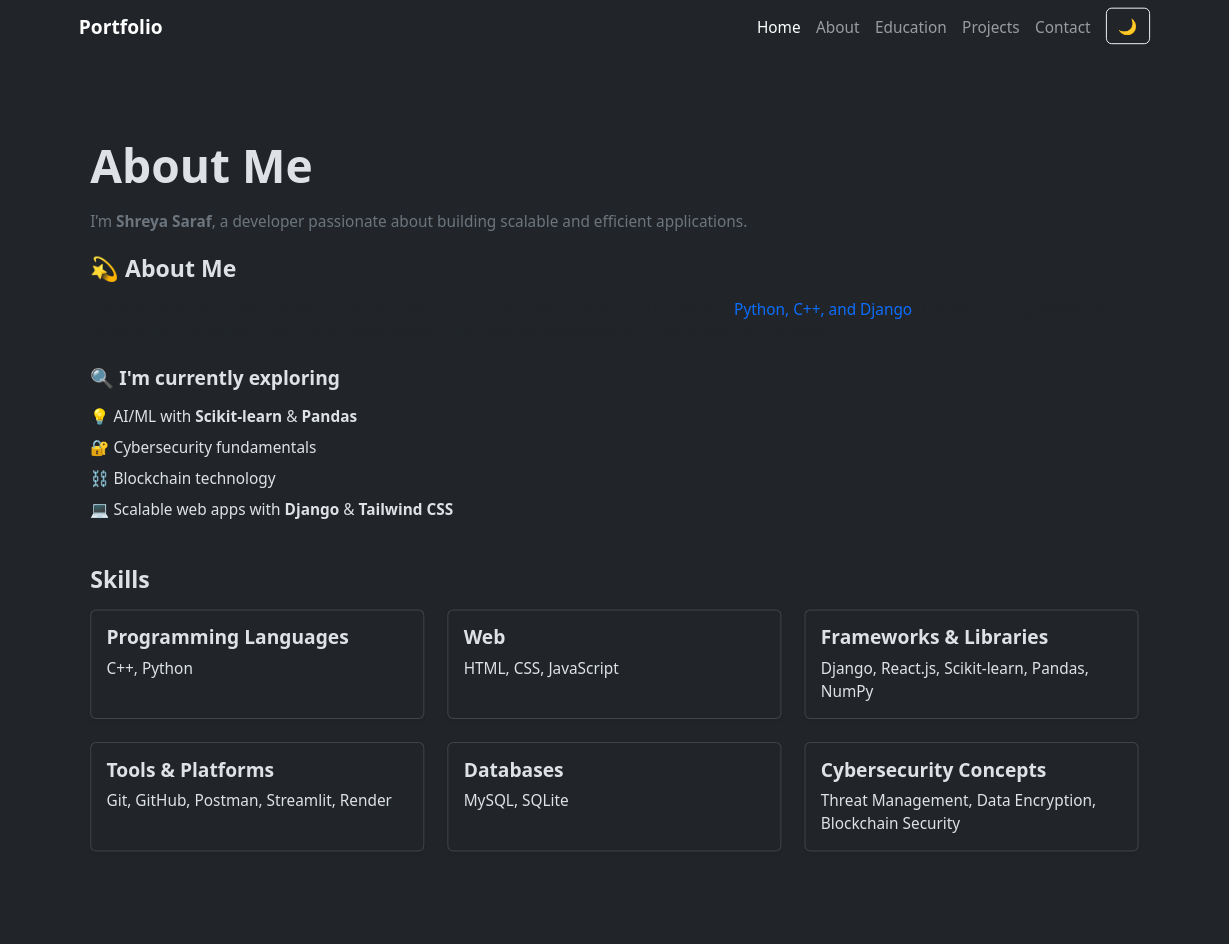
Repository: Shreyasaraf01/shreya-portfolio
Page: http://localhost/about/
The author's editor kept a copy of each file at every save. The page is drawn from the files as they stood at one save, then again after the next save.
The browser window is 1280 px wide. The pictures show the whole page, at 96% of full size.
The page is served by the project's application, run on Django 5.2 (manage.py). Other server files are loaded and not shown.

Above is the page before, as saved 2025-09-13 22:45:03.

### main/templates/main/about.html
{% extends "base.html" %}
{% block content %}
<div class="container py-5">
  <!-- Header -->
  <h2 class="display-5 fw-bold mb-3">About Me</h2>
  <p class="fs-6 text-secondary mb-4">
    I’m <strong>Shreya Saraf</strong>, a developer passionate about building scalable and efficient applications.
  </p>

  <!-- Enhanced About Section -->
  <div class="mb-5">
    <h3 class="h4 fw-bold mb-3">💫 About Me</h3>
    <p class="fs-6 text-dark">
      I'm <strong>Shreya Saraf</strong>, a passionate <strong>Full Stack Python Developer</strong>
      with a strong foundation in <span class="text-primary">Python, C++, and Django</span>.
      I enjoy building real-world projects that combine <strong>AI/ML, data visualization,</strong>
      and <strong>web development</strong> to solve meaningful problems.
    </p>

    <h5 class="fw-bold mt-4">🔍 I'm currently exploring</h5>
    <ul class="list-unstyled mt-3">
      <li class="mb-2">💡 AI/ML with <strong>Scikit-learn</strong> & <strong>Pandas</strong></li>
      <li class="mb-2">🔐 Cybersecurity fundamentals</li>
      <li class="mb-2">⛓️ Blockchain technology</li>
      <li class="mb-2">💻 Scalable web apps with <strong>Django</strong> & <strong>Tailwind CSS</strong></li>
    </ul>
  </div>

  <!-- Skills Section -->
  <h3 class="h4 fw-bold mb-3">Skills</h3>
  <div class="row g-4">
    <!-- Programming Languages -->
    <div class="col-md-4">
      <div class="card shadow-sm h-100">
        <div class="card-body">
          <h5 class="card-title fw-bold">Programming Languages</h5>
          <p class="card-text">C++, Python</p>
        </div>
      </div>
    </div>

    <!-- Web -->
    <div class="col-md-4">
      <div class="card shadow-sm h-100">
        <div class="card-body">
          <h5 class="card-title fw-bold">Web</h5>
          <p class="card-text">HTML, CSS, JavaScript</p>
        </div>
      </div>
    </div>

    <!-- Frameworks & Libraries -->
    <div class="col-md-4">
      <div class="card shadow-sm h-100">
        <div class="card-body">
          <h5 class="card-title fw-bold">Frameworks & Libraries</h5>
          <p class="card-text">Django, React.js, Scikit-learn, Pandas, NumPy</p>
        </div>
      </div>
    </div>

    <!-- Tools & Platforms -->
    <div class="col-md-4">
      <div class="card shadow-sm h-100">
        <div class="card-body">
          <h5 class="card-title fw-bold">Tools & Platforms</h5>
          <p class="card-text">Git, GitHub, Postman, Streamlit, Render</p>
        </div>
      </div>
    </div>

    <!-- Databases -->
    <div class="col-md-4">
      <div class="card shadow-sm h-100">
        <div class="card-body">
          <h5 class="card-title fw-bold">Databases</h5>
          <p class="card-text">MySQL, SQLite</p>
        </div>
      </div>
    </div>

    <!-- Cybersecurity Concepts -->
    <div class="col-md-4">
      <div class="card shadow-sm h-100">
        <div class="card-body">
          <h5 class="card-title fw-bold">Cybersecurity Concepts</h5>
          <p class="card-text">Threat Management, Data Encryption, Blockchain Security</p>
        </div>
      </div>
    </div>
  </div>
</div>
{% endblock %}

### main/templates/base.html
<!DOCTYPE html>
<html lang="en" data-bs-theme="dark">
<head>
  <meta charset="UTF-8">
  <title>Portfolio</title>
  {% load static %}
  <link href="https://cdn.jsdelivr.net/npm/bootstrap@5.3.3/dist/css/bootstrap.min.css" rel="stylesheet">
  <script src="{% static 'js/theme.js' %}" defer></script>
</head>
<body>
  <!-- Navbar -->
  <nav class="navbar navbar-expand-lg navbar-dark bg-dark fixed-top">
    <div class="container">
      <a class="navbar-brand fw-bold" href="/">Portfolio</a>
      <button class="navbar-toggler" type="button" data-bs-toggle="collapse" data-bs-target="#navbarNav" aria-controls="navbarNav" aria-expanded="false" aria-label="Toggle navigation">
        <span class="navbar-toggler-icon"></span>
      </button>
      <div class="collapse navbar-collapse" id="navbarNav">
        <ul class="navbar-nav ms-auto">
          <li class="nav-item"><a class="nav-link active" href="/">Home</a></li>
          <li class="nav-item"><a class="nav-link" href="/about/">About</a></li>
          <li class="nav-item"><a class="nav-link" href="/education/">Education</a></li>
          <li class="nav-item"><a class="nav-link" href="/projects/">Projects</a></li>
          <li class="nav-item"><a class="nav-link" href="/contact/">Contact</a></li>
          <li class="nav-item">
            <button class="btn btn-outline-light ms-2" id="theme-toggle">🌙</button>
          </li>
        </ul>
      </div>
    </div>
  </nav>

  <!-- Main Content Container -->
  <div class="container py-5 mt-5">
    {% block content %}{% endblock %}
  </div>

  <script src="https://cdn.jsdelivr.net/npm/bootstrap@5.3.3/dist/js/bootstrap.bundle.min.js"></script>
</body>
</html>

### main/views.py
from django.shortcuts import render, redirect
from django.core.mail import send_mail
from django.conf import settings

def index(request):
    return render(request, "main/index.html")

def about(request):
    return render(request, "main/about.html")

def education(request):
    return render(request, "main/education.html")

def projects(request):
    return render(request, "main/projects.html")

def contact(request):
    if request.method == "POST":
        name = request.POST.get("name")
        email = request.POST.get("email")
        message = request.POST.get("message")

        send_mail(
            subject=f"Portfolio Contact from {name}",
            message=f"From: {email}\n\n{message}",
            from_email=settings.DEFAULT_FROM_EMAIL,
            recipient_list=[settings.CONTACT_EMAIL],
        )
        return redirect("home")

    return render(request, "main/contact.html")

### shreya_portfolio/urls.py
"""
URL configuration for shreya_portfolio project.

The `urlpatterns` list routes URLs to views. For more information please see:
    https://docs.djangoproject.com/en/5.1/topics/http/urls/
Examples:
Function views
    1. Add an import:  from my_app import views
    2. Add a URL to urlpatterns:  path('', views.home, name='home')
Class-based views
    1. Add an import:  from other_app.views import Home
    2. Add a URL to urlpatterns:  path('', Home.as_view(), name='home')
Including another URLconf
    1. Import the include() function: from django.urls import include, path
    2. Add a URL to urlpatterns:  path('blog/', include('blog.urls'))
"""
from django.contrib import admin
from django.urls import path, include

urlpatterns = [
    path('admin/', admin.site.urls),
    path("", include("main.urls")),
]

### main/urls.py
from django.urls import path
from . import views

urlpatterns = [
    path("", views.index, name="home"),
    path("about/", views.about, name="about"),
    path("education/", views.education, name="education"),
    path("projects/", views.projects, name="projects"),
    path("contact/", views.contact, name="contact"),
]

### main/static/js/theme.js
document.addEventListener("DOMContentLoaded", () => {
  const toggle = document.getElementById("theme-toggle");
  if (!toggle) return;

  toggle.addEventListener("click", () => {
    const html = document.documentElement;
    const current = html.getAttribute("data-bs-theme");
    const next = current === "dark" ? "light" : "dark";
    html.setAttribute("data-bs-theme", next);
    localStorage.setItem("theme", next);
    toggle.textContent = next === "dark" ? "🌙" : "☀️";
  });

  // persist user choice
  const saved = localStorage.getItem("theme");
  if (saved) {
    document.documentElement.setAttribute("data-bs-theme", saved);
    toggle.textContent = saved === "dark" ? "🌙" : "☀️";
  }
});

After the next save:
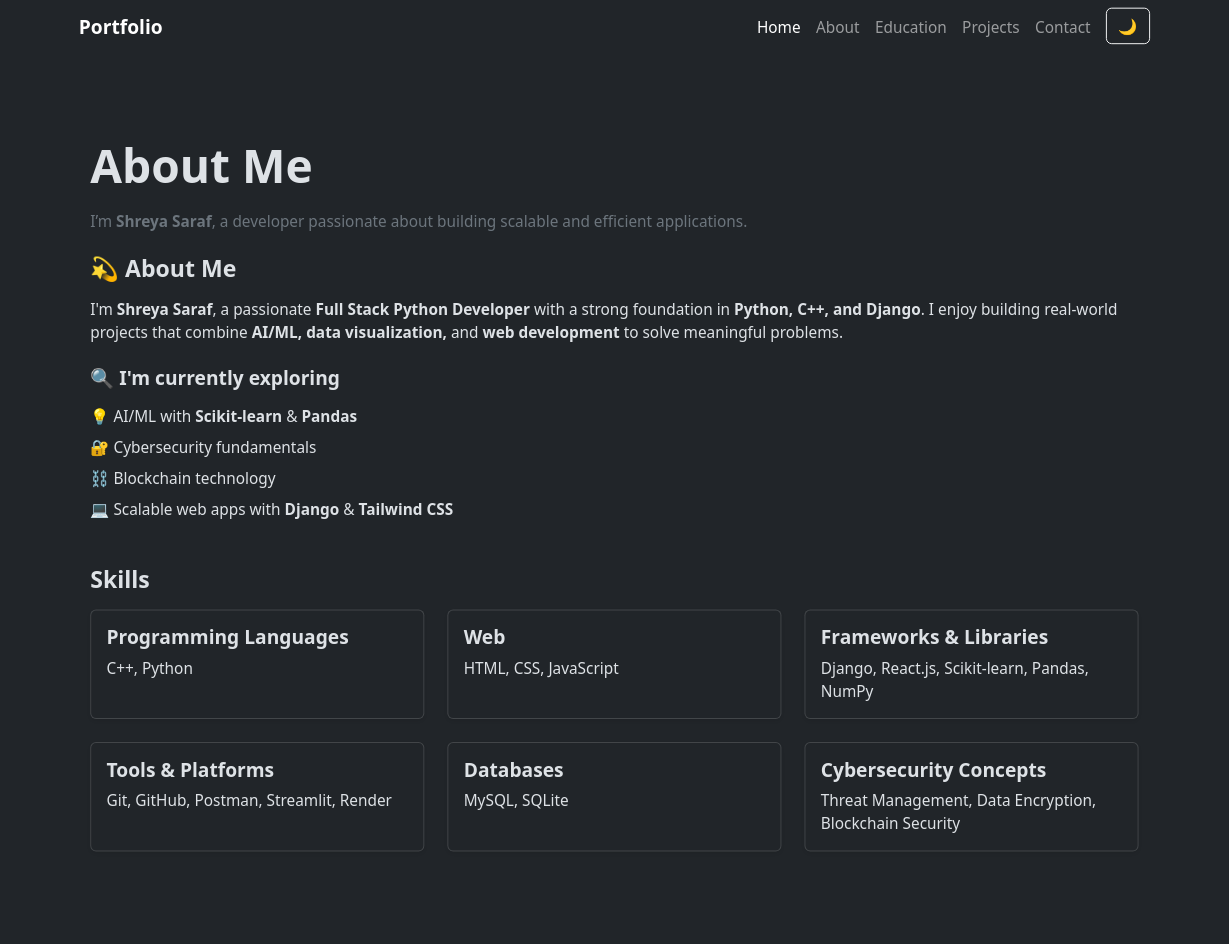
Saved 2 min 13 s later.
--- a/main/templates/main/about.html
+++ b/main/templates/main/about.html
@@ -7,24 +7,25 @@
     I’m <strong>Shreya Saraf</strong>, a developer passionate about building scalable and efficient applications.
   </p>
 
-  <!-- Enhanced About Section -->
-  <div class="mb-5">
-    <h3 class="h4 fw-bold mb-3">💫 About Me</h3>
-    <p class="fs-6 text-dark">
-      I'm <strong>Shreya Saraf</strong>, a passionate <strong>Full Stack Python Developer</strong>
-      with a strong foundation in <span class="text-primary">Python, C++, and Django</span>.
-      I enjoy building real-world projects that combine <strong>AI/ML, data visualization,</strong>
-      and <strong>web development</strong> to solve meaningful problems.
-    </p>
+ <!-- Enhanced About Section -->
+<div class="mb-5">
+  <h3 class="h4 fw-bold mb-3">💫 About Me</h3>
+  <p class="fs-6 text-body">
+    I'm <strong>Shreya Saraf</strong>, a passionate <strong>Full Stack Python Developer</strong>
+    with a strong foundation in <span class="fw-bold">Python, C++, and Django</span>.
+    I enjoy building real-world projects that combine <strong>AI/ML, data visualization,</strong>
+    and <strong>web development</strong> to solve meaningful problems.
+  </p>
 
-    <h5 class="fw-bold mt-4">🔍 I'm currently exploring</h5>
-    <ul class="list-unstyled mt-3">
-      <li class="mb-2">💡 AI/ML with <strong>Scikit-learn</strong> & <strong>Pandas</strong></li>
-      <li class="mb-2">🔐 Cybersecurity fundamentals</li>
-      <li class="mb-2">⛓️ Blockchain technology</li>
-      <li class="mb-2">💻 Scalable web apps with <strong>Django</strong> & <strong>Tailwind CSS</strong></li>
-    </ul>
-  </div>
+  <h5 class="fw-bold mt-4">🔍 I'm currently exploring</h5>
+  <ul class="list-unstyled mt-3">
+    <li class="mb-2">💡 AI/ML with <strong>Scikit-learn</strong> & <strong>Pandas</strong></li>
+    <li class="mb-2">🔐 Cybersecurity fundamentals</li>
+    <li class="mb-2">⛓️ Blockchain technology</li>
+    <li class="mb-2">💻 Scalable web apps with <strong>Django</strong> & <strong>Tailwind CSS</strong></li>
+  </ul>
+</div>
+
 
   <!-- Skills Section -->
   <h3 class="h4 fw-bold mb-3">Skills</h3>
